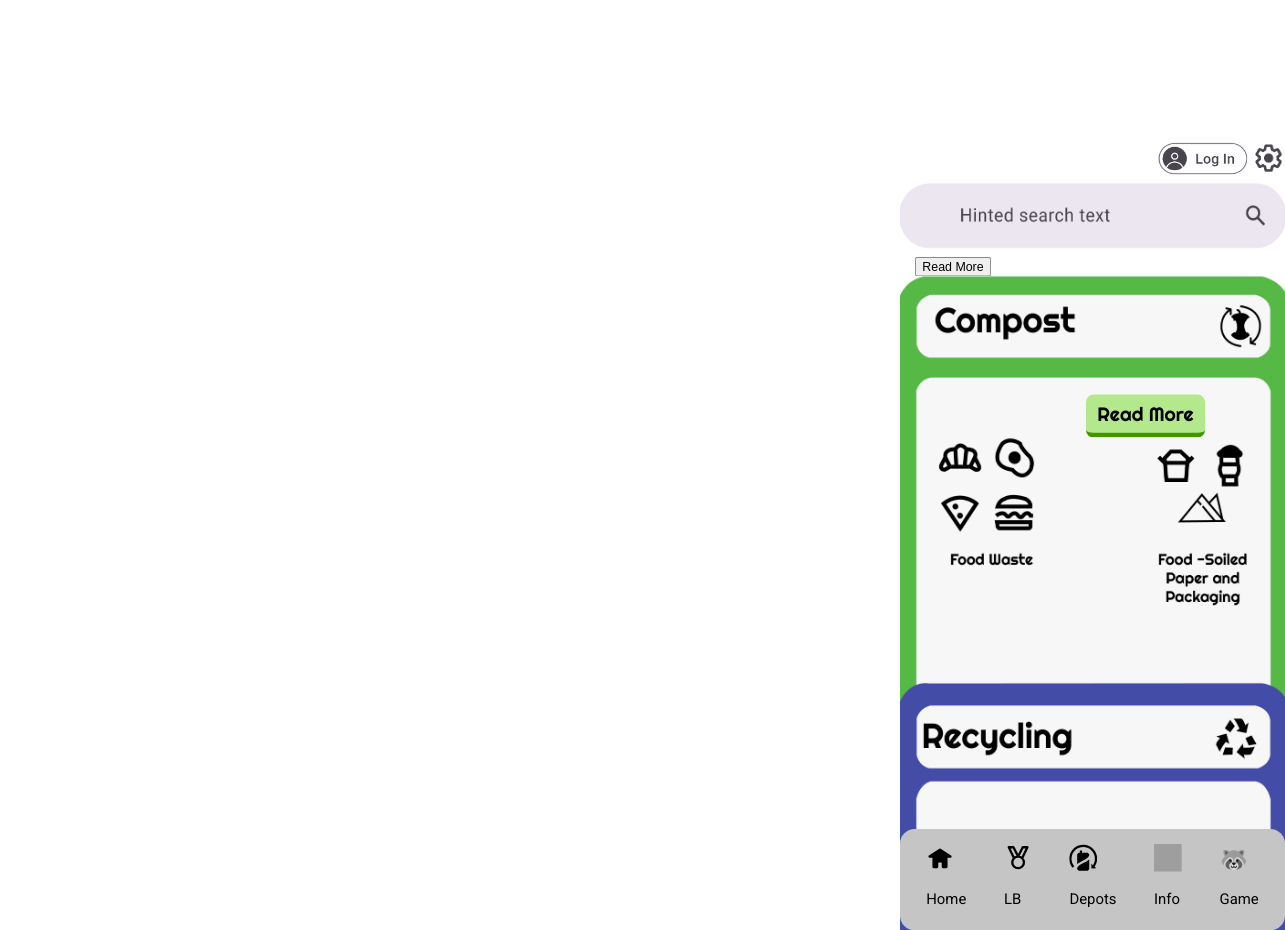
Repository: alemunden/Trash-Scavengers
Page: /Info
The author's editor kept a copy of each file at every save. The page is drawn from the files as they stood at one save, then again after the next save.
The browser window is 1280 px wide. The page is 1382 px wide, so the pictures cover 1382 px, including what lies to the right of the window. The pictures show the whole page, at 93% of full size.
Pictures or frames that could not be fetched are drawn as grey boxes. An inner scrolling area shows only its first screen. The project was rebuilt for these pictures with package versions that can differ from the ones it lists, and the page was loaded fresh each time. The framework's server and built-in components were replaced by stand-ins that run in the browser. Also part of the build but not shown: next.config.mjs.

Above is the page before, as saved 2024-05-09 12:01:49.

After the next save:
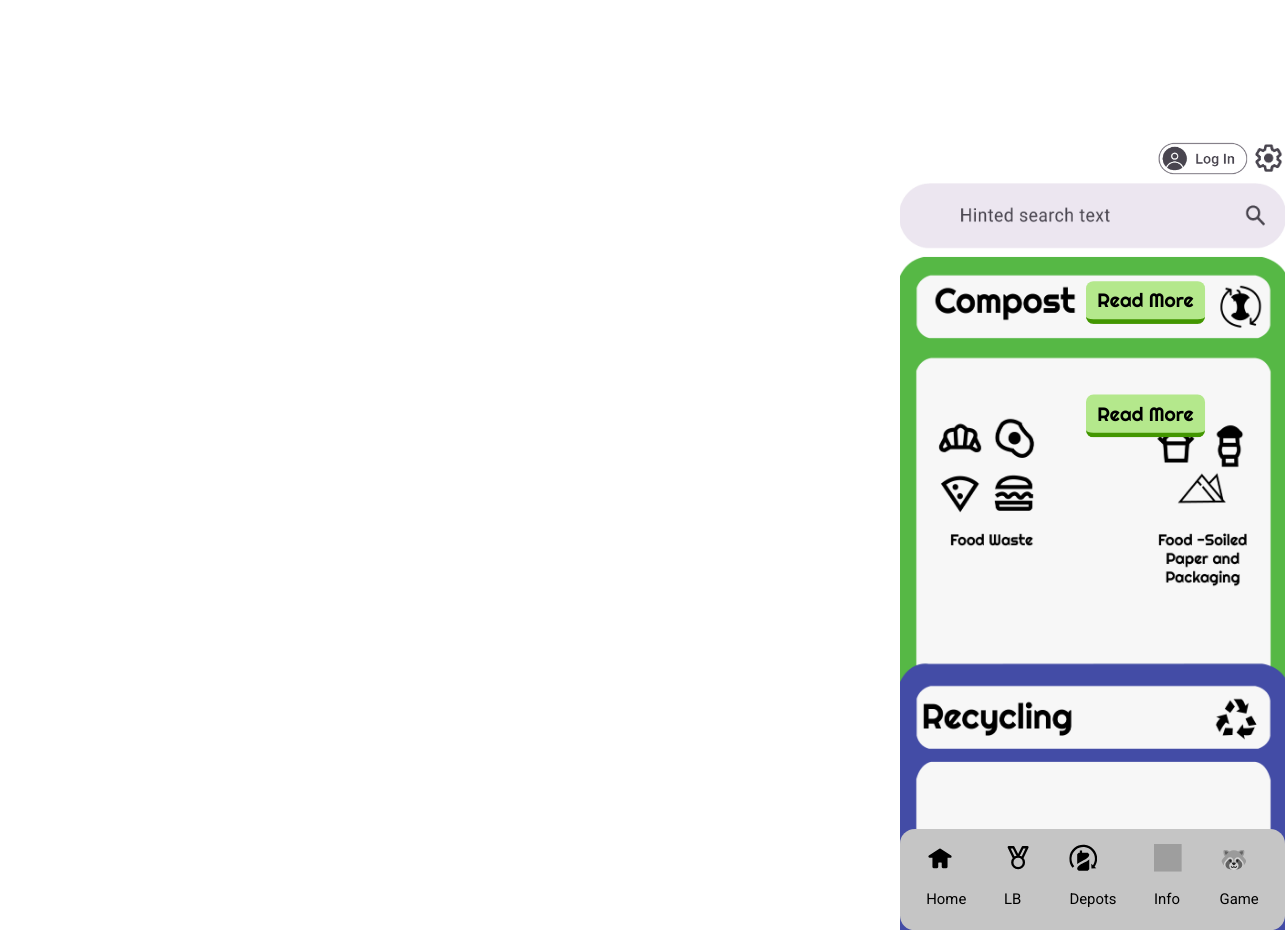
Saved 7 s later.
--- a/styles/Info.module.css
+++ b/styles/Info.module.css
@@ -23,7 +23,7 @@
   border-bottom: 5px solid #295f00;
 }
 
-.readMoreButtonCompost {
+.readMoreButtonRecycling {
   position: absolute;
   top: 20rem;
   left: 12.5rem;
